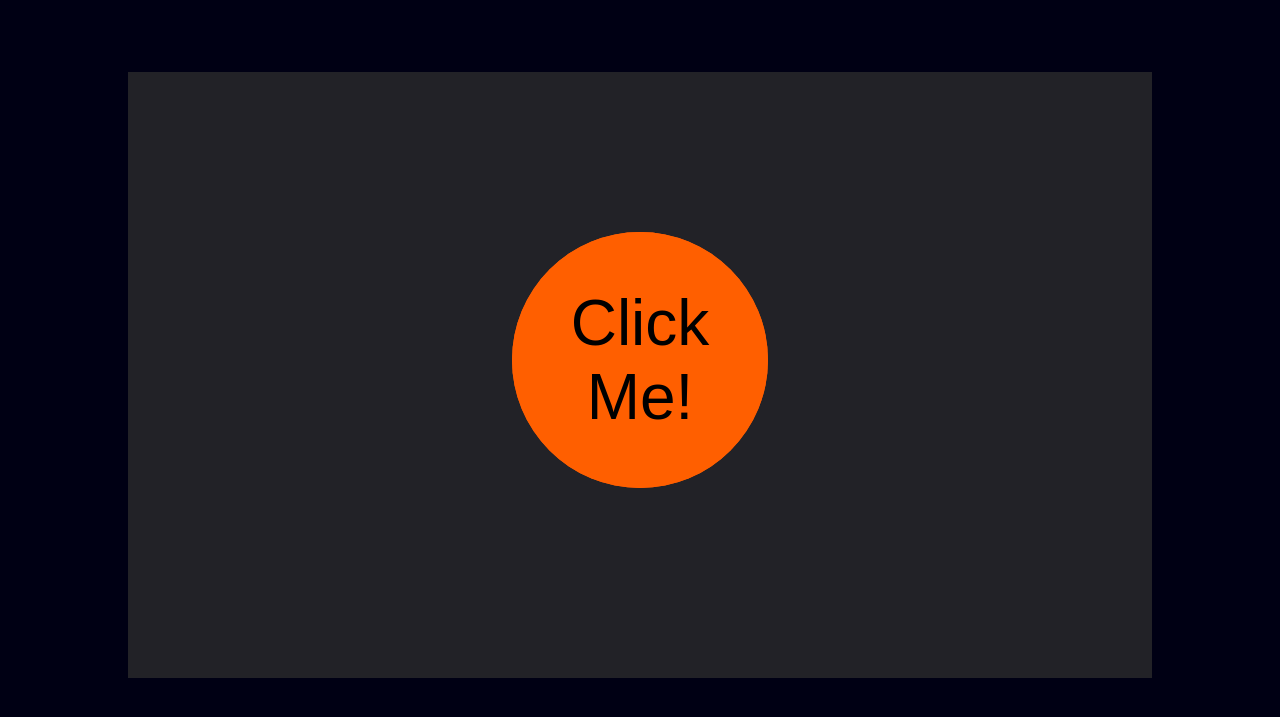
Repository: Francois-QUICODE/CSS-Micro-Projects
Page: Projects/02-Pulsating-Button.html
An editor plug-in stored every save of this project. The page is shown before and after the next save, followed by the edit.
The browser window is 1280 px wide. The pictures show the whole page.
Some web fonts or font styles are not loaded; a fallback is used.

Above is the page before, as saved 2020-11-29 14:07:48.

### Projects/02-Pulsating-Button.html
<!DOCTYPE html>
<html lang="fr">
  <head>
    <meta charset="UTF-8" />
    <title>Pulsating Button</title>
  </head>
  <body>
    <div class="container">
      <button class="pulsating-button">Click Me!</button>
      <div class="pulsation"></div>
    </div>
    <style>
      @import url("https://fonts.googleapis.com/css2?family=Alatsi&display=swap");

      body {
        background-color: #000014;
        width: 80vw;
        max-width: 1024px;
        margin: auto;
        color: #e5e1e1;
        padding-top: 10vh;
        font-family: "Alatsi", sans-serif;
      }

      .container {
        background-color: #222227;
        padding: 15px;
        display: flex;
        height: 80vh;
      }

      .pulsating-button,
      .pulsation {
        position: absolute;
        top: 50%;
        left: 50%;
        transform: translate(-50%, -50%);
        border-radius: 50%;
        font-size: 5vw;
        width: 20vw;
        height: 20vw;
        border: none;
        background-color: #ff5f00;
      }

      .pulsating-button {
        z-index: 2;
      }

      .pulsation {
        z-index: 1;
      }
    </style>
  </body>
</html>

After the next save:
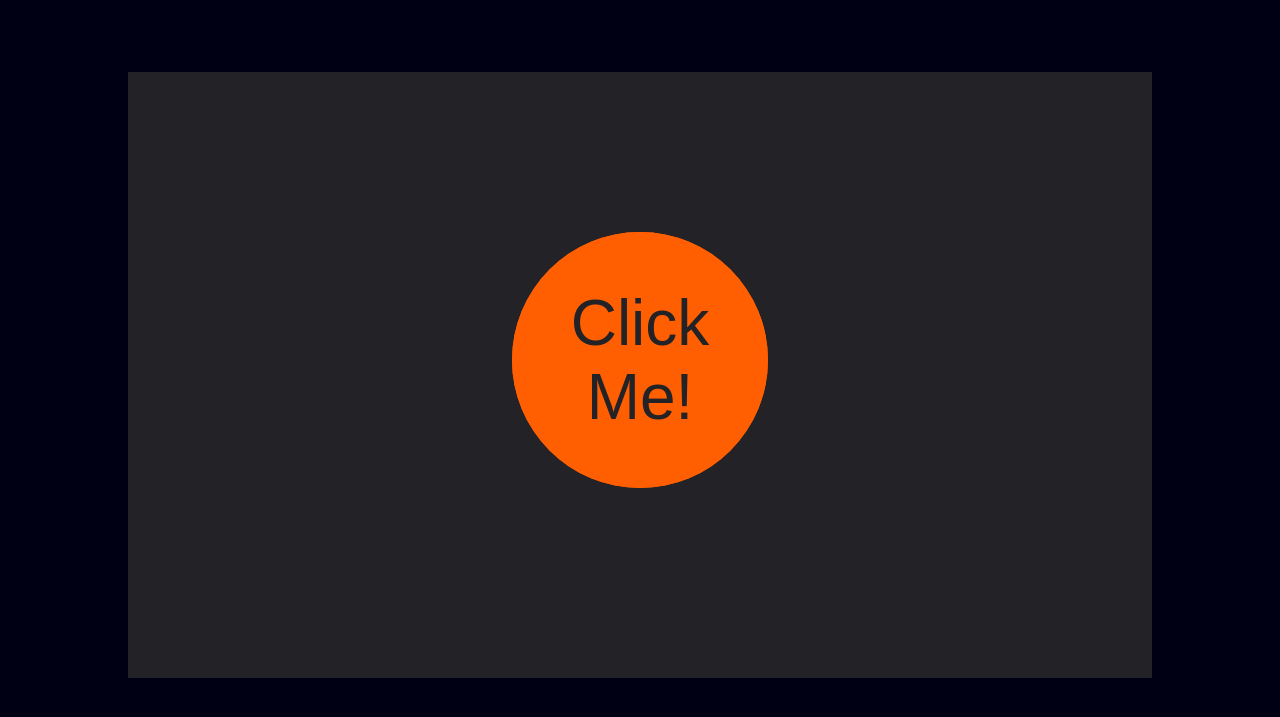
Saved 14 s later.
--- a/Projects/02-Pulsating-Button.html
+++ b/Projects/02-Pulsating-Button.html
@@ -41,6 +41,7 @@
         height: 20vw;
         border: none;
         background-color: #ff5f00;
+        color: #222227;
       }
 
       .pulsating-button {
